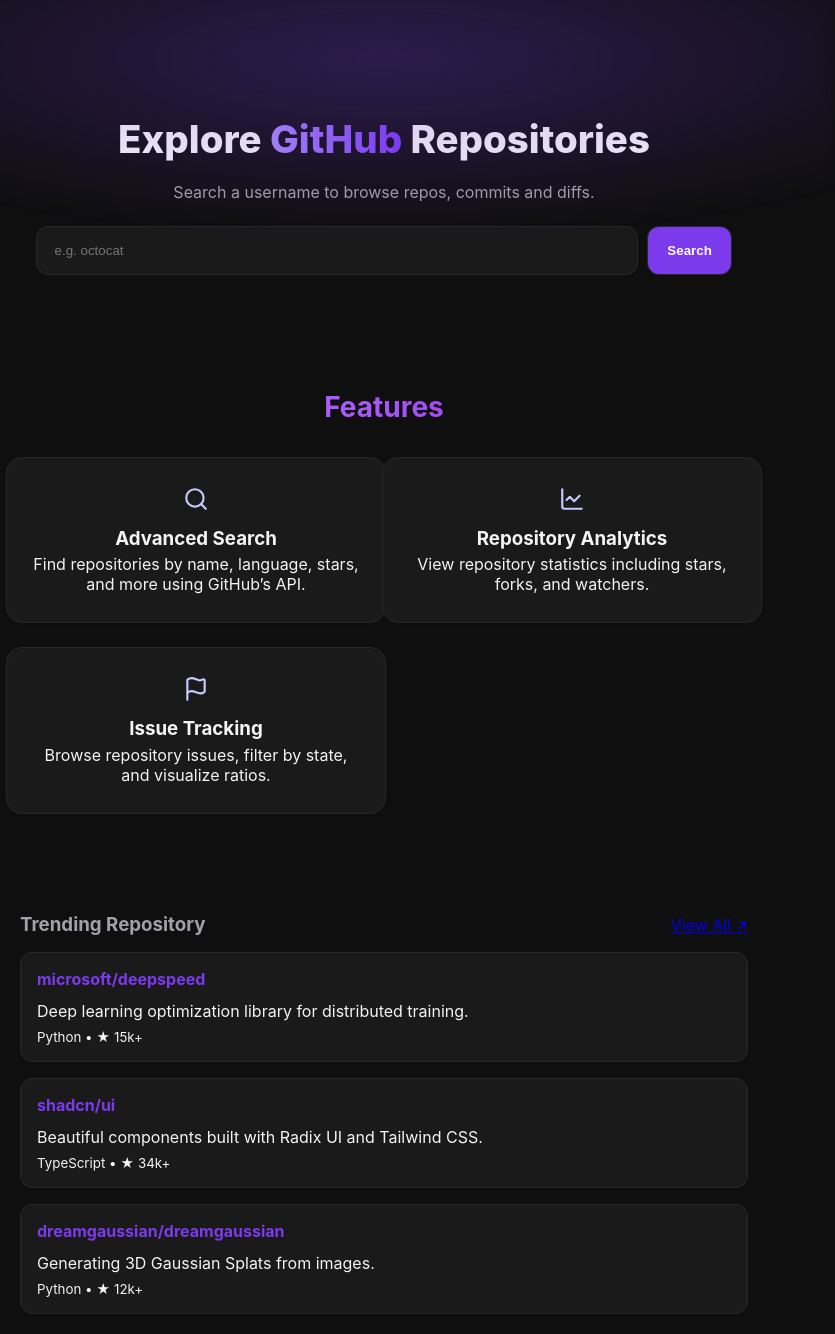
Repository: Tshenolo1994/username-repo
Page: /
These files come from the project's save history. The page is drawn as it stood at one moment and after the next save; the edit follows.
The browser window is 768 px wide. The page is 835 px wide, so the pictures cover 835 px, including what lies to the right of the window. The pictures show the whole page.
The project was rebuilt for these pictures with package versions that can differ from the ones it lists, and the page was loaded fresh each time. Also part of the build but not shown: vite.config.ts, src/views/RepoView.vue.

Above is the page before, as saved 2025-10-27 00:31:00.

### index.html
<!doctype html>
<html lang="en">
  <head>
    <meta charset="UTF-8" />
    <link rel="icon" type="image/svg+xml" href="/vite.svg" />
    <meta name="viewport" content="width=device-width, initial-scale=1.0" />
    <title>commit-explorer</title>
  </head>
  <body>
    <div id="app"></div>
    <script type="module" src="/src/main.ts"></script>
  </body>
</html>

### src/main.ts
import { createApp } from 'vue'
import { createPinia } from 'pinia'
import App from './App.vue'
import router from './router'
import './styles/theme.css'

createApp(App)
  .use(createPinia())
  .use(router)
  .mount('#app')

### src/App.vue
<template>
  <RouterView />
</template>

<script setup lang="ts"></script>

<style>
html, body, #app {
  height: 100%;
  margin: 0;
  font-family: system-ui, -apple-system, 'Segoe UI', Roboto, sans-serif;
}
</style>

### src/router/index.ts
import { createRouter, createWebHistory } from 'vue-router'
import HomeView from '@/views/HomeView.vue'
import RepoView from '@/views/RepoView.vue'

const router = createRouter({
  history: createWebHistory(),
  routes: [
    { path: '/', name: 'home', component: HomeView },
    { path: '/repos/:username', name: 'repos', component: RepoView, props: true },
  ],
  scrollBehavior: () => ({ top: 0 }),
})

export default router

### src/styles/theme.css
:root {

    --bg: #0f0f10;
    --bg-elev: #1a1a1b;
    --text: #f4f4f5;
    --muted: #a1a1aa;
    --border: #27272a;
    --link: #7c3aed;
  }


  [data-theme="light"] {
    --bg: #f9fafb;
    --bg-elev: #ffffff;
    --text: #18181b;
    --muted: #52525b;
    --border: #e4e4e7;
    --link: #2563eb;
  }


  html, body, #app {
    margin: 0;
    padding: 0;
    background: var(--bg);
    color: var(--text);
    font-family: 'Inter', system-ui, sans-serif;
    transition: background 0.3s, color 0.3s;
  }


  h1, h2, h3 {
    line-height: 1.2;
    margin: 0;
  }
  p {
    margin: 0.25rem 0 0;
  }


  .card {
    background: var(--bg-elev);
    border: 1px solid var(--border);
    border-radius: 0.75rem;
    padding: 1rem;
    box-shadow: 0 1px 2px rgba(0,0,0,0.15);
  }

### src/views/HomeView.vue
<template>
    <section class="home">
      <LandingHero @submit="go" />
      <FeatureCards />
      <TrendingRow />
    </section>
  </template>

  <script setup lang="ts">
  import { useRouter } from 'vue-router'
  import LandingHero from '@/components/LandingHero.vue'
  import FeatureCards from '@/components/FeatureCards.vue'
  import TrendingRow from '@/components/TrendingRow.vue'

  const router = useRouter()
  function go(username: string) {
    router.push({ name: 'repos', params: { username } })
  }
  </script>

  <style scoped>
  .home { display:grid; gap:2.25rem; max-width:1100px; margin:0 auto; padding:1.25rem; }
  </style>

### src/components/LandingHero.vue
<template>
    <section class="hero">
      <div class="glow" aria-hidden="true"></div>

      <h1 class="title">
        Explore <span class="accent">GitHub</span> Repositories
      </h1>
      <p class="sub">Search a username to browse repos, commits and diffs.</p>

      <form class="search" @submit.prevent="submit">
        <input
          v-model.trim="username"
          class="input"
          placeholder="e.g. octocat"
          :aria-invalid="!!err"
        />
        <button class="btn" type="submit">Search</button>
      </form>

      <small v-if="err" class="err">{{ err }}</small>
    </section>
  </template>

  <script setup lang="ts">
  import { ref } from 'vue'
  const emit = defineEmits<{ (e: 'submit', username: string): void }>()
  const username = ref(''); const err = ref('')

  function submit() {
    err.value = ''
    if (!username.value) return (err.value = 'Username is required')
    if (!/^[A-Za-z0-9-]{1,39}$/.test(username.value))
      return (err.value = 'Invalid GitHub username')
    emit('submit', username.value)
  }
  </script>

  <style scoped>
  .hero {
    position: relative;
    display: grid;
    gap: 1rem;
    justify-items: center;
    text-align: center;
    padding: 6rem 1rem 3rem;
    background: var(--bg);
    border-radius: 1rem;
  }
  .glow {
    position: absolute;
    inset: -12% -12% auto -12%;
    height: 300px;
    background: radial-gradient(1200px 320px at 50% 25%, rgba(124,58,237,.28), transparent 55%);
    filter: blur(8px);
    pointer-events: none;
  }
  .title {
    margin: 0;
    font-weight: 800;
    font-size: clamp(2rem,5vw,3rem);
    color: var(--text);
  }
  .accent {
    background: linear-gradient(90deg, #a78bfa, #7c3aed);
    -webkit-background-clip: text;
    background-clip: text;
    color: transparent;
  }
  .sub { color: var(--muted); max-width: 60ch; }
  .search {
    display: flex; gap: .6rem;
    width: min(720px,100%);
    margin-top: .5rem;
  }
  .input {
    flex: 1;
    padding: 1rem 1.1rem;
    border-radius: .75rem;
    border: 1px solid var(--border);
    background: var(--bg-elev);
    color: var(--text);
  }
  .btn {
    padding: 1rem 1.2rem;
    border-radius: .75rem;
    border: 1px solid var(--border);
    background: var(--link);
    color: #fff;
    font-weight: 600;
    cursor: pointer;
  }
  .err { color: #ef4444; }
  </style>

### src/components/FeatureCards.vue
<script setup lang="ts">
import { Search, LineChart, Flag } from 'lucide-vue-next'
</script>

<template>
  <section class="features-section">
    <h2 class="section-heading">Features</h2>

    <div class="feature-grid">
      <article class="card glass">
        <Search class="icon" :size="26" />
        <h3>Advanced Search</h3>
        <p>Find repositories by name, language, stars, and more using GitHub’s API.</p>
      </article>

      <article class="card glass">
        <LineChart class="icon" :size="26" />
        <h3>Repository Analytics</h3>
        <p>View repository statistics including stars, forks, and watchers.</p>
      </article>

      <article class="card glass">
        <Flag class="icon" :size="26" />
        <h3>Issue Tracking</h3>
        <p>Browse repository issues, filter by state, and visualize ratios.</p>
      </article>
    </div>
  </section>
</template>

<style scoped>
.features-section {
  display: grid;
  gap: 2rem;
  text-align: center;
  padding: 2rem 0;
}

.section-heading {
  font-size: 1.75rem;
  font-weight: 700;
  background: linear-gradient(90deg, #c084fc, #a855f7, #7e22ce);
  -webkit-background-clip: text;
  -webkit-text-fill-color: transparent;
}

.feature-grid {
  display: grid;
  grid-template-columns: repeat(auto-fit, minmax(260px, 1fr));
  gap: 1.5rem;
  justify-items: center;
}

.card {
  width: 100%;
  max-width: 330px;
  padding: 1.75rem 1.5rem;
  text-align: center;
  border-radius: 16px;
  transition: transform 0.25s ease, box-shadow 0.25s ease;
}

.card:hover {
  transform: translateY(-4px);
  box-shadow: 0 10px 25px rgba(0, 0, 0, 0.4);
}

.icon {
  margin-bottom: 0.75rem;
  color: #c7c9ff;
}
</style>

### src/components/TrendingRow.vue
<template>
    <section class="trending">
      <div class="head">
        <h3>Trending Repository</h3>
        <a href="https://github.com/trending" target="_blank" rel="noreferrer">View All ↗</a>
      </div>

      <div class="grid">
        <article class="card">
          <a class="repo" href="https://github.com/microsoft/DeepSpeed" target="_blank" rel="noreferrer">microsoft/deepspeed</a>
          <p>Deep learning optimization library for distributed training.</p>
          <small>Python • ★ 15k+</small>
        </article>

        <article class="card">
          <a class="repo" href="https://github.com/shadcn/ui" target="_blank" rel="noreferrer">shadcn/ui</a>
          <p>Beautiful components built with Radix UI and Tailwind CSS.</p>
          <small>TypeScript • ★ 34k+</small>
        </article>

        <article class="card">
          <a class="repo" href="https://github.com/dreamgaussian/dreamgaussian" target="_blank" rel="noreferrer">dreamgaussian/dreamgaussian</a>
          <p>Generating 3D Gaussian Splats from images.</p>
          <small>Python • ★ 12k+</small>
        </article>
      </div>
    </section>
  </template>

  <script setup lang="ts"></script>

  <style scoped>
  .trending { display:grid; gap:1rem; margin-top:2rem; }
  .head { display:flex; align-items:center; justify-content:space-between; color:var(--muted); }
  .grid { display:grid; grid-template-columns: repeat(3, minmax(0,1fr)); gap:1rem; }
  .card { background: var(--bg-elev); border:1px solid var(--border); border-radius:.75rem; padding:1rem; display:grid; gap:.5rem; }
  .repo { color: var(--link); font-weight:700; text-decoration:none; }
  @media (max-width: 860px){ .grid { grid-template-columns: 1fr; } }
  </style>

After the next save:
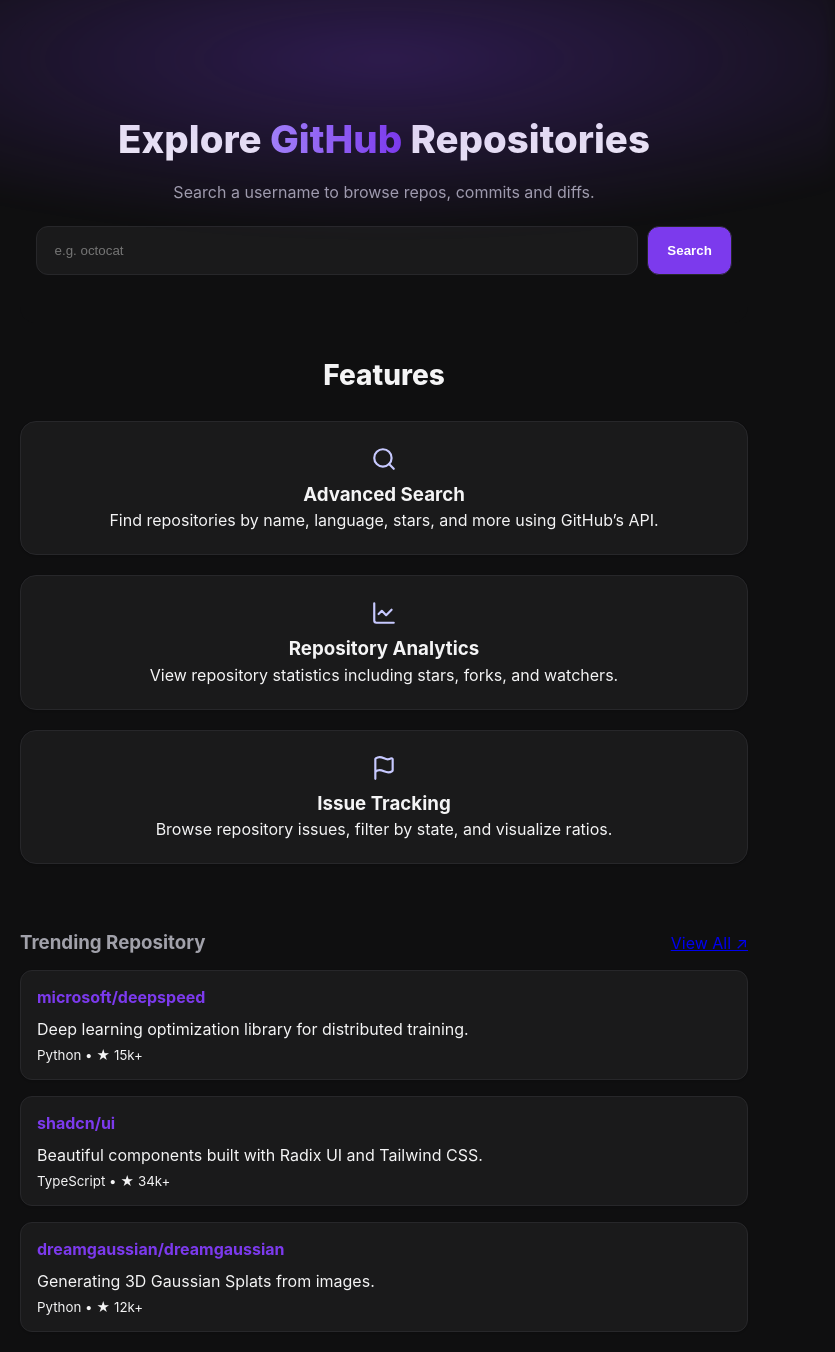
Saved 14 s later.
--- a/src/components/FeatureCards.vue
+++ b/src/components/FeatureCards.vue
@@ -5,20 +5,17 @@
 <template>
   <section class="features-section">
     <h2 class="section-heading">Features</h2>
-
     <div class="feature-grid">
       <article class="card glass">
         <Search class="icon" :size="26" />
         <h3>Advanced Search</h3>
         <p>Find repositories by name, language, stars, and more using GitHub’s API.</p>
       </article>
-
       <article class="card glass">
         <LineChart class="icon" :size="26" />
         <h3>Repository Analytics</h3>
         <p>View repository statistics including stars, forks, and watchers.</p>
       </article>
-
       <article class="card glass">
         <Flag class="icon" :size="26" />
         <h3>Issue Tracking</h3>
@@ -29,44 +26,22 @@
 </template>
 
 <style scoped>
-.features-section {
-  display: grid;
-  gap: 2rem;
-  text-align: center;
-  padding: 2rem 0;
+.features-section { display:grid; gap:1.25rem; text-align:center; }
+.section-heading {
+  margin: 0 auto 0.5rem;
+  font-size: 1.75rem; font-weight: 800;
+  color: var(--text);
 }
-
-.section-heading {
-  font-size: 1.75rem;
-  font-weight: 700;
-  background: linear-gradient(90deg, #c084fc, #a855f7, #7e22ce);
-  -webkit-background-clip: text;
-  -webkit-text-fill-color: transparent;
+.feature-grid{
+  display:grid;
+  grid-template-columns: repeat(3, minmax(0, 1fr));
+  gap: 1.25rem;
 }
-
-.feature-grid {
-  display: grid;
-  grid-template-columns: repeat(auto-fit, minmax(260px, 1fr));
-  gap: 1.5rem;
-  justify-items: center;
+.card{
+  padding: 1.5rem 1.25rem;
+  border-radius: 16px;
+  backdrop-filter: blur(14px) saturate(120%);
 }
-
-.card {
-  width: 100%;
-  max-width: 330px;
-  padding: 1.75rem 1.5rem;
-  text-align: center;
-  border-radius: 16px;
-  transition: transform 0.25s ease, box-shadow 0.25s ease;
-}
-
-.card:hover {
-  transform: translateY(-4px);
-  box-shadow: 0 10px 25px rgba(0, 0, 0, 0.4);
-}
-
-.icon {
-  margin-bottom: 0.75rem;
-  color: #c7c9ff;
-}
+.icon{ color:#c7c9ff; margin-bottom:.5rem; }
+@media (max-width: 980px){ .feature-grid{ grid-template-columns: 1fr; } }
 </style>
